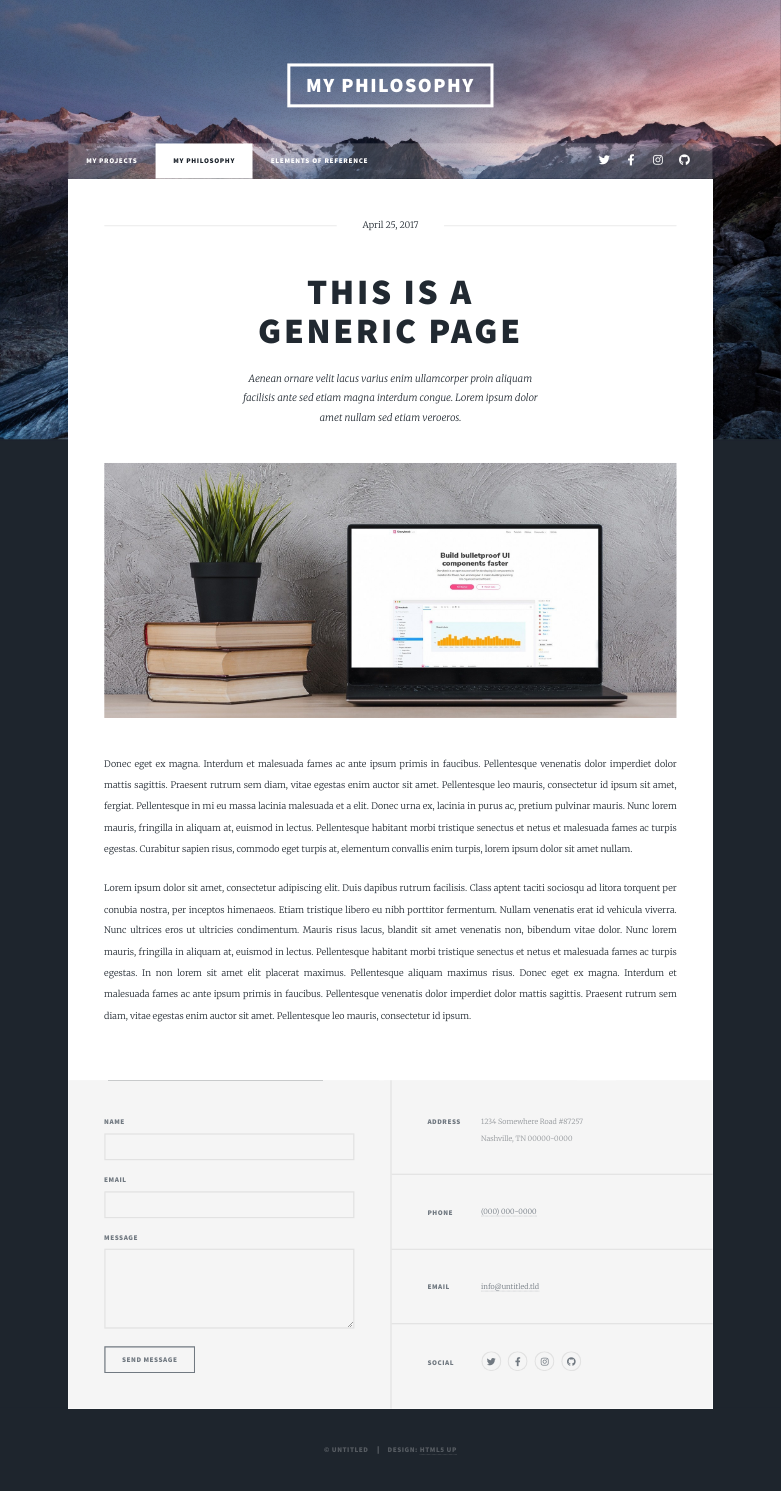
Repository: enlilsudo/Orlando-Portfolio
Page: generic.html
These files come from the project's save history. The page is drawn as it stood at one moment and after the next save; the edit follows.
The browser window is 1280 px wide. The pictures show the whole page, at 61% of full size.

Above is the page before, as saved 2023-01-16 09:51:13.

### generic.html
<!DOCTYPE HTML>
<!--
	Massively by HTML5 UP
	html5up.net | @ajlkn
	Free for personal and commercial use under the CCA 3.0 license (html5up.net/license)
-->
<html>
	<head>
		<title>My Philosophy</title>
		<meta charset="utf-8" />
		<meta name="viewport" content="width=device-width, initial-scale=1, user-scalable=no" />
		<link rel="stylesheet" href="assets/css/main.css" />
		<noscript><link rel="stylesheet" href="assets/css/noscript.css" /></noscript>
	</head>
	<body class="is-preload">

		<!-- Wrapper -->
			<div id="wrapper">

				<!-- Header -->
					<header id="header">
						<a href="index.html" class="logo">My Philosophy</a>
					</header>

				<!-- Nav -->
					<nav id="nav">
						<ul class="links">
							<li><a href="index.html">My Projects</a></li>
							<li class="active"><a href="generic.html">My Philosophy</a></li>
							<li><a href="elements.html">Elements of Reference</a></li>
						</ul>
						<ul class="icons">
							<li><a href="#" class="icon brands fa-twitter"><span class="label">Twitter</span></a></li>
							<li><a href="#" class="icon brands fa-facebook-f"><span class="label">Facebook</span></a></li>
							<li><a href="#" class="icon brands fa-instagram"><span class="label">Instagram</span></a></li>
							<li><a href="#" class="icon brands fa-github"><span class="label">GitHub</span></a></li>
						</ul>
					</nav>

				<!-- Main -->
					<div id="main">

						<!-- Post -->
							<section class="post">
								<header class="major">
									<span class="date">April 25, 2017</span>
									<h1>This is a<br />
									Generic Page</h1>
									<p>Aenean ornare velit lacus varius enim ullamcorper proin aliquam<br />
									facilisis ante sed etiam magna interdum congue. Lorem ipsum dolor<br />
									amet nullam sed etiam veroeros.</p>
								</header>
								<div class="image main"><img src="images/pic01.jpg" alt="" /></div>
								<p>Donec eget ex magna. Interdum et malesuada fames ac ante ipsum primis in faucibus. Pellentesque venenatis dolor imperdiet dolor mattis sagittis. Praesent rutrum sem diam, vitae egestas enim auctor sit amet. Pellentesque leo mauris, consectetur id ipsum sit amet, fergiat. Pellentesque in mi eu massa lacinia malesuada et a elit. Donec urna ex, lacinia in purus ac, pretium pulvinar mauris. Nunc lorem mauris, fringilla in aliquam at, euismod in lectus. Pellentesque habitant morbi tristique senectus et netus et malesuada fames ac turpis egestas. Curabitur sapien risus, commodo eget turpis at, elementum convallis enim turpis, lorem ipsum dolor sit amet nullam.</p>
								<p>Lorem ipsum dolor sit amet, consectetur adipiscing elit. Duis dapibus rutrum facilisis. Class aptent taciti sociosqu ad litora torquent per conubia nostra, per inceptos himenaeos. Etiam tristique libero eu nibh porttitor fermentum. Nullam venenatis erat id vehicula viverra. Nunc ultrices eros ut ultricies condimentum. Mauris risus lacus, blandit sit amet venenatis non, bibendum vitae dolor. Nunc lorem mauris, fringilla in aliquam at, euismod in lectus. Pellentesque habitant morbi tristique senectus et netus et malesuada fames ac turpis egestas. In non lorem sit amet elit placerat maximus. Pellentesque aliquam maximus risus. Donec eget ex magna. Interdum et malesuada fames ac ante ipsum primis in faucibus. Pellentesque venenatis dolor imperdiet dolor mattis sagittis. Praesent rutrum sem diam, vitae egestas enim auctor sit amet. Pellentesque leo mauris, consectetur id ipsum.</p>
							</section>

					</div>

				<!-- Footer -->
					<footer id="footer">
						<section>
							<form method="post" action="#">
								<div class="fields">
									<div class="field">
										<label for="name">Name</label>
										<input type="text" name="name" id="name" />
									</div>
									<div class="field">
										<label for="email">Email</label>
										<input type="text" name="email" id="email" />
									</div>
									<div class="field">
										<label for="message">Message</label>
										<textarea name="message" id="message" rows="3"></textarea>
									</div>
								</div>
								<ul class="actions">
									<li><input type="submit" value="Send Message" /></li>
								</ul>
							</form>
						</section>
						<section class="split contact">
							<section class="alt">
								<h3>Address</h3>
								<p>1234 Somewhere Road #87257<br />
								Nashville, TN 00000-0000</p>
							</section>
							<section>
								<h3>Phone</h3>
								<p><a href="#">(000) 000-0000</a></p>
							</section>
							<section>
								<h3>Email</h3>
								<p><a href="#">info@untitled.tld</a></p>
							</section>
							<section>
								<h3>Social</h3>
								<ul class="icons alt">
									<li><a href="#" class="icon brands alt fa-twitter"><span class="label">Twitter</span></a></li>
									<li><a href="#" class="icon brands alt fa-facebook-f"><span class="label">Facebook</span></a></li>
									<li><a href="#" class="icon brands alt fa-instagram"><span class="label">Instagram</span></a></li>
									<li><a href="#" class="icon brands alt fa-github"><span class="label">GitHub</span></a></li>
								</ul>
							</section>
						</section>
					</footer>

				<!-- Copyright -->
					<div id="copyright">
						<ul><li>&copy; Untitled</li><li>Design: <a href="https://html5up.net">HTML5 UP</a></li></ul>
					</div>

			</div>

		<!-- Scripts -->
			<script src="assets/js/jquery.min.js"></script>
			<script src="assets/js/jquery.scrollex.min.js"></script>
			<script src="assets/js/jquery.scrolly.min.js"></script>
			<script src="assets/js/browser.min.js"></script>
			<script src="assets/js/breakpoints.min.js"></script>
			<script src="assets/js/util.js"></script>
			<script src="assets/js/main.js"></script>

	</body>
</html>

Loaded but not shown: assets/js/jquery.min.js (library); assets/js/jquery.scrollex.min.js (common file); assets/js/jquery.scrolly.min.js (common file); assets/js/browser.min.js (common file); assets/js/breakpoints.min.js (common file); assets/css/fontawesome-all.min.css (library); assets/js/util.js (587 lines, source omitted); assets/js/main.js (258 lines, source omitted); assets/css/main.css (4689 lines, source omitted)

After the next save:
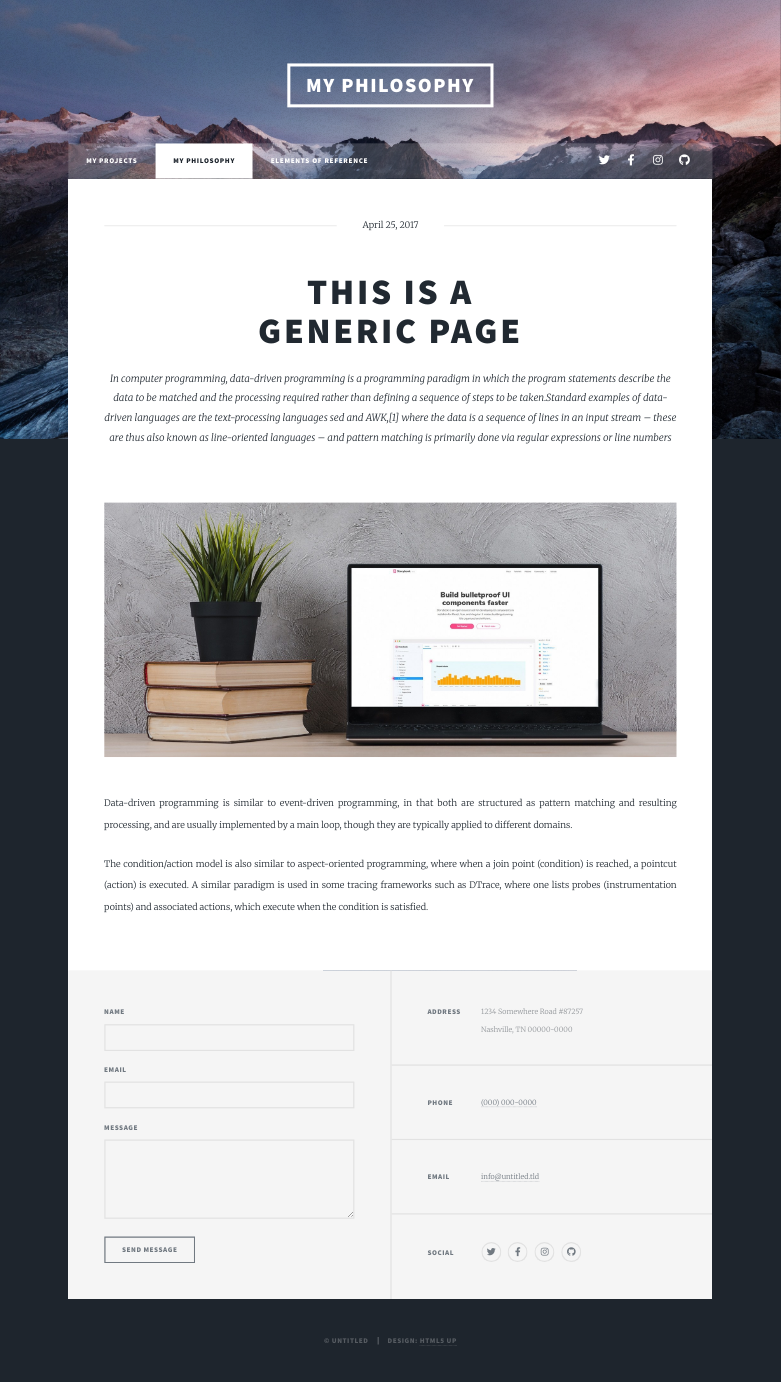
Saved 17 days later.
--- a/generic.html
+++ b/generic.html
@@ -46,13 +46,13 @@
 									<span class="date">April 25, 2017</span>
 									<h1>This is a<br />
 									Generic Page</h1>
-									<p>Aenean ornare velit lacus varius enim ullamcorper proin aliquam<br />
-									facilisis ante sed etiam magna interdum congue. Lorem ipsum dolor<br />
-									amet nullam sed etiam veroeros.</p>
+									<p>In computer programming, data-driven programming is a programming paradigm in which the program statements describe the data to be matched and the processing required rather than defining a sequence of steps to be taken.Standard examples of data-driven languages are the text-processing languages sed and AWK,[1] where the data is a sequence of lines in an input stream – these are thus also known as line-oriented languages – and pattern matching is primarily done via regular expressions or line numbers<br />
+									<br />
+									</p>
 								</header>
 								<div class="image main"><img src="images/pic01.jpg" alt="" /></div>
-								<p>Donec eget ex magna. Interdum et malesuada fames ac ante ipsum primis in faucibus. Pellentesque venenatis dolor imperdiet dolor mattis sagittis. Praesent rutrum sem diam, vitae egestas enim auctor sit amet. Pellentesque leo mauris, consectetur id ipsum sit amet, fergiat. Pellentesque in mi eu massa lacinia malesuada et a elit. Donec urna ex, lacinia in purus ac, pretium pulvinar mauris. Nunc lorem mauris, fringilla in aliquam at, euismod in lectus. Pellentesque habitant morbi tristique senectus et netus et malesuada fames ac turpis egestas. Curabitur sapien risus, commodo eget turpis at, elementum convallis enim turpis, lorem ipsum dolor sit amet nullam.</p>
-								<p>Lorem ipsum dolor sit amet, consectetur adipiscing elit. Duis dapibus rutrum facilisis. Class aptent taciti sociosqu ad litora torquent per conubia nostra, per inceptos himenaeos. Etiam tristique libero eu nibh porttitor fermentum. Nullam venenatis erat id vehicula viverra. Nunc ultrices eros ut ultricies condimentum. Mauris risus lacus, blandit sit amet venenatis non, bibendum vitae dolor. Nunc lorem mauris, fringilla in aliquam at, euismod in lectus. Pellentesque habitant morbi tristique senectus et netus et malesuada fames ac turpis egestas. In non lorem sit amet elit placerat maximus. Pellentesque aliquam maximus risus. Donec eget ex magna. Interdum et malesuada fames ac ante ipsum primis in faucibus. Pellentesque venenatis dolor imperdiet dolor mattis sagittis. Praesent rutrum sem diam, vitae egestas enim auctor sit amet. Pellentesque leo mauris, consectetur id ipsum.</p>
+								<p>Data-driven programming is similar to event-driven programming, in that both are structured as pattern matching and resulting processing, and are usually implemented by a main loop, though they are typically applied to different domains.</p>
+								<p>The condition/action model is also similar to aspect-oriented programming, where when a join point (condition) is reached, a pointcut (action) is executed. A similar paradigm is used in some tracing frameworks such as DTrace, where one lists probes (instrumentation points) and associated actions, which execute when the condition is satisfied.</p>
 							</section>
 
 					</div>
